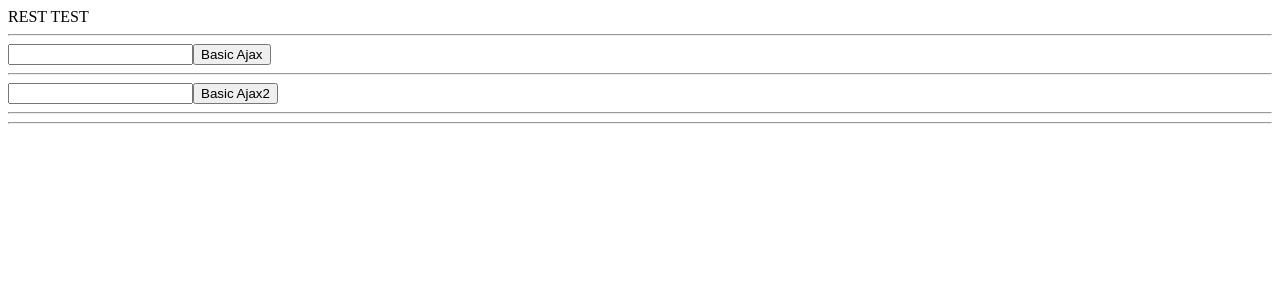
Repository: wonsungjin/Spring
Page: http://localhost/spring3_prj/lec05_rest/rest_test.jsp
These files come from the project's save history. The page is drawn as it stood at one moment and after the next save; the edit follows.
The browser window is 1280 px wide. The pictures show the whole page.
The page is served by Tomcat 9.

Above is the page before, as saved 2024-06-17 02:44:13.

After the next save:
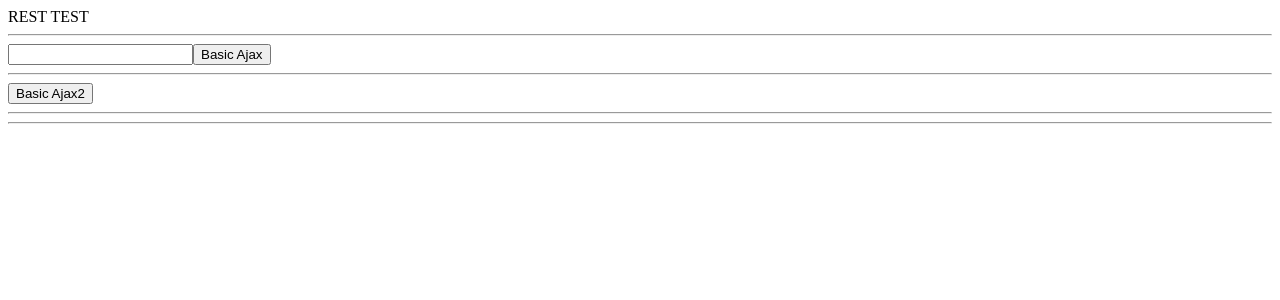
Saved 46 min 31 s later.
--- a/spring3_prj/src/main/webapp/lec05_rest/rest_test.jsp
+++ b/spring3_prj/src/main/webapp/lec05_rest/rest_test.jsp
@@ -13,7 +13,7 @@
 <body>
 <div id="rest">REST TEST<hr></div>
 <input type="text"id = "content" name = "ename"><input type="button" id="ajax_test" value="Basic Ajax"><hr>
-<input type="text"id = "content" name = "ename"><input type="button" id="ajax_test2" value="Basic Ajax2"><hr>
+<input type="button" id="ajax_test2" value="Basic Ajax2"><hr>
 <div id="restTest"><hr></div>
 <script>
 $(function() {
